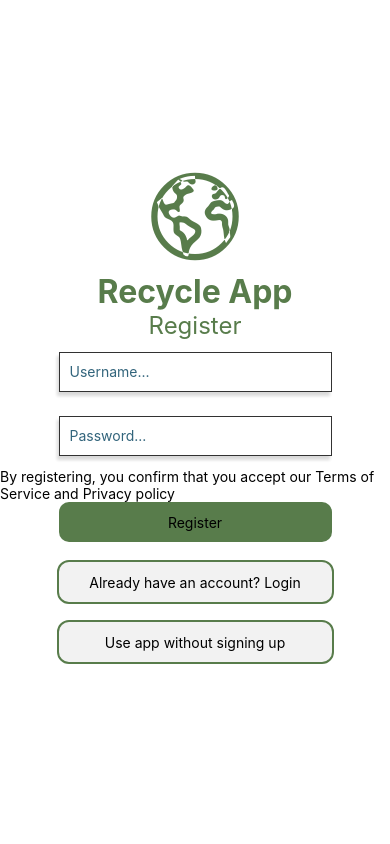
Repository: ct-pham/COMP4511
Screen: / (app in comp4511/)
These files come from the project's save history. The screen is drawn as it stood at one moment and after the next save; the edit follows.
The app was drawn by React Native's web renderer in a window 390 px wide. The project was rebuilt for these pictures with package versions that can differ from the ones it lists, and the page was loaded fresh each time.

Above is the screen before, as saved 2022-11-07 16:56:23.

After the next save:
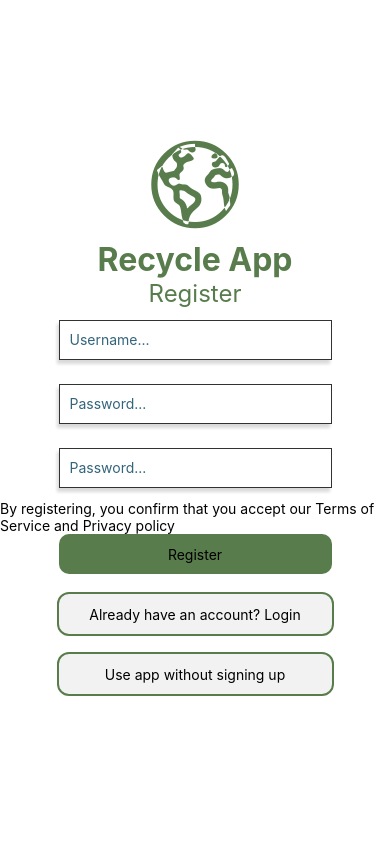
Saved 34 s later.
--- a/comp4511/Components/Register.js
+++ b/comp4511/Components/Register.js
@@ -29,6 +29,14 @@ export default function Login( {navigation}) {
                 />
             </View>
 
+            <View style={styles.inputView}>
+                <TextInput
+                    style={styles.TextInput}
+                    placeholder="Password..."
+                    placeholderTextColor="#003f5c"
+                    secureTextEntry={true}
+                />
+            </View>
             <View style={styles.inputView}>
                 <TextInput
                     style={styles.TextInput}
